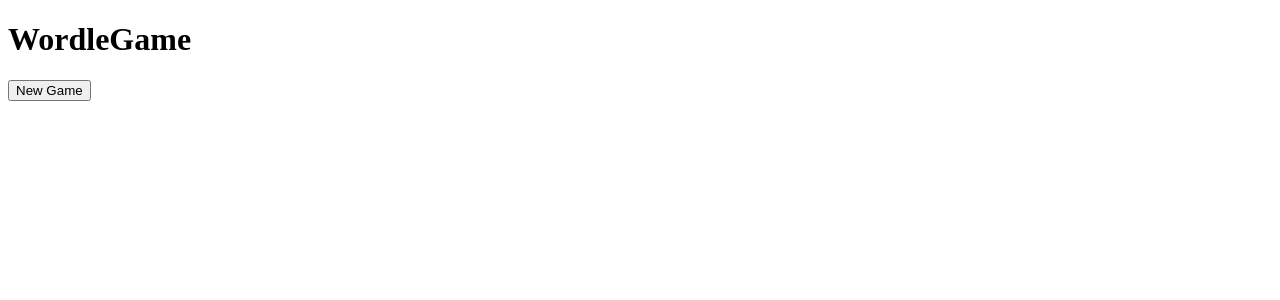
Repository: KarimIsaac/WorldeGame
Page: index.html
The author's editor kept a copy of each file at every save. The page is drawn from the files as they stood at one save, then again after the next save.
The browser window is 1280 px wide. The pictures show the whole page.

Above is the page before, as saved 2022-03-13 06:19:50.
Not found: scripts.js
Not found: styles.css

After the next save:
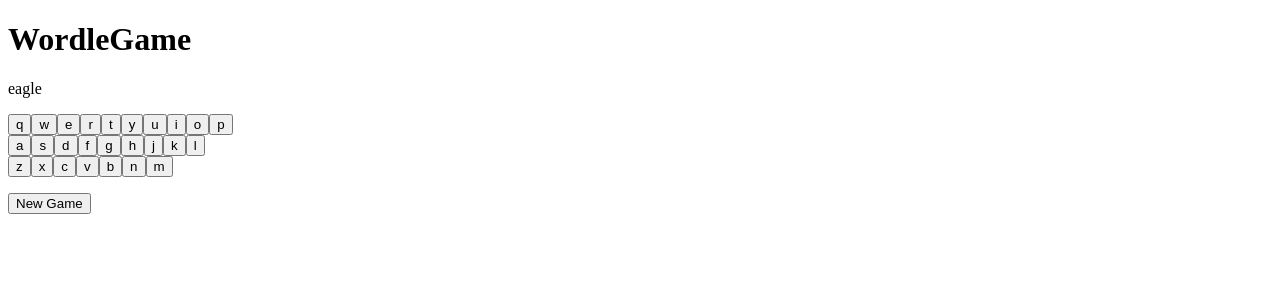
Saved 13 s later.
--- a/index.html
+++ b/index.html
@@ -17,6 +17,6 @@
       <button onClick="init()">New Game</button>
       </o>
 
-      <script src="scripts.js"></script>
+      <script src="script.js"></script>
 </body>
 </html>
